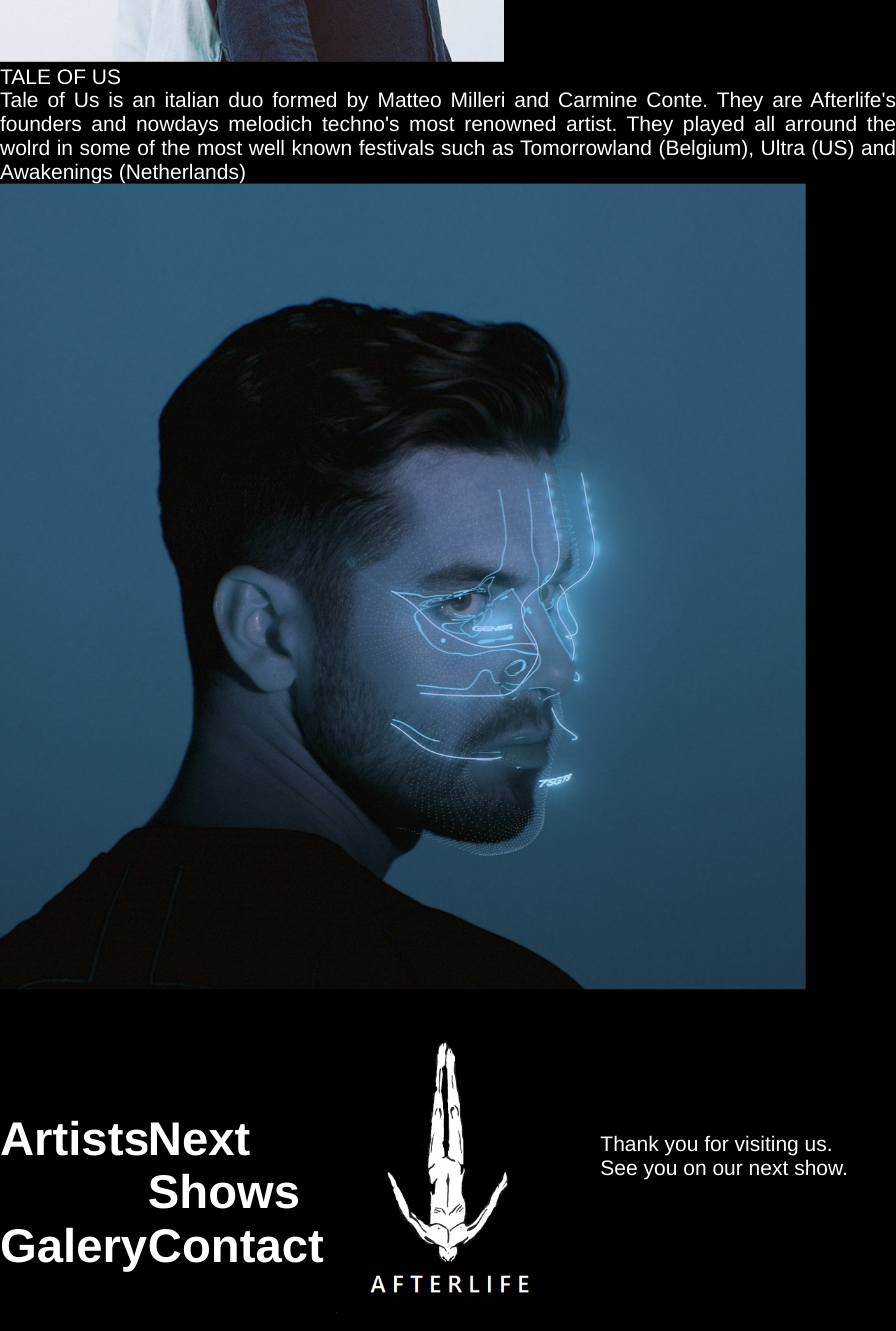
Repository: francoG98/Afterlife-Coderhouse-pre-entrega-2
Page: views/artists.html
The author's editor kept a copy of each file at every save. The page is drawn from the files as they stood at one save, then again after a run of saves.
The browser window is 1280 px wide. The pictures show the part of the page from y = 776 to 2696 px (the page is 2678 px tall before and 2696 px after), at 70% of full size.

Above is the page before, as saved 2023-04-29 16:18:24.

### views/artists.html
<!DOCTYPE html>
<html lang="en">
<head>
    <meta charset="UTF-8">
    <meta http-equiv="X-UA-Compatible" content="IE=edge">
    <meta name="viewport" content="width=device-width, initial-scale=1.0">
    <link rel="stylesheet" href="../css/style.css">
    <link rel="stylesheet" href="../css/artists-main.css">
    <title>ARTISTS</title>
</head>
<body>
    <header>
        <div>
            <a href="../index.html"> <img class="logo" src="../source/logo.png" href="logo"> </a>
        </div>

        <nav class="navbar-header">
            <ul>
                <li>
                    <a class="element-navbar-top" href="artists.html"> ARTISTS </a>
                </li>
                <li>
                    <a class="element-navbar-top" href="nextShows.html"> NEXT SHOWS </a>
                </li>
                <li>
                    <a class="element-navbar-top" href="galery.html"> GALERY </a>
                </li>
                <li>
                    <a class="element-navbar-top" href="contact.html"> CONTACT </a>
                </li>
            </ul>
        </nav>
    </header>
    <main>
        <div class="artist">
            <img src="../source/artist_photos/tale_of_us.png" href="tale_of_us">
            <p class="artist_name">TALE OF US</p>
            <p class="artist_info">Tale of Us is an italian duo formed by Matteo Milleri and Carmine Conte. They are Afterlife's founders and nowdays melodich techno's most renowned artist. They played all arround the wolrd in some of the most well known festivals such as Tomorrowland (Belgium), Ultra (US) and Awakenings (Netherlands)</p>
        </div>
        <div class="artist">
            <img src="../source/artist_photos/anyma.jpg" href="anyma">
            <div class="artist_name">ANYMA</div>
            <div class="artist_info">AYNMA is Matteo Milleri's (Tale of Us) solos alias. He started using it around May 2021 as an individual project in order to produce music apart from </div>
        </div>
    </main>
    <footer class="container-footer">
        <div class="navbar-footer">
            <ul>
                <li class="li-footer">
                    <h2><a href="artists.html"> Artists </a></h2>
                </li>
                <li class="li-footer">
                    <h2> <a href="nextShows.html"> Next Shows </a></h2>
                </li>
                <li class="li-footer">
                    <h2> <a href="galery.html"> Galery </a></h2>
                </li>
                <li class="li-footer">
                    <h2><a href="contact.html"> Contact </a></h2>
                </li>
            </ul>
        </div>

        <div class="logo-footer">
            <a href="../index.html"><img src="../source/afterlife_logo_footer.png" href="afterlife_logo_footer"></a>
        </div>
        <div class="p-footer">
            <p> Thank you for visiting us.</p>
            <p> See you on our next show. </p>
        </div>
    </footer>
</body>
</html>

### css/style.css
*{
    background-color: #000000;
    margin: 0px;
    padding: 0px;
    font-family: "proxima-nova","Helvetica Neue",Helvetica,Arial,sans-serif;

}

ul{
    display: flex;
    flex-wrap: wrap;
    justify-content: space-between;
    list-style-type: none;
    font-size: 45px;
    margin-top: 30px;
    vertical-align: center;
}


a{
    text-decoration: none;
    color: white;
    font: bold;

}
p{
    color: white;
    font-size: 30px;
    text-align: justify;
}
header{
    max-width: 100vw;
    margin-top: 10px;
    display: flex;
    flex-wrap: wrap;
    justify-content: space-between;
    position: relative;
}
footer{
    display: flex;
    flex-wrap: wrap;
    flex-direction: row;
    justify-content: space-between;
    margin-top: 20px;
}
.logo{
    margin-left: 2vh;
    position: absolute;
    margin-top: 4vh;
    width: 35%;
}
.navbar-header{
    margin-right: 2vw;
    width: 60vw;
    text-align: right;
    justify-content: space-between;

}
.element-navbar-top{
    font-size: 40px;
}
.navbar-footer{
    width: 33%;
    display: flex;
    flex-wrap: wrap;
    justify-content:center;
    align-items: center;
}
.afterlife_logo_footer{
    width: 33%;
    justify-content: left;
}
.p-footer{
    margin-top: 20vh;
    width: 33%;

}
.li-footer{

    width: 50%;
    justify-content: center;
    align-items: center
}

Loaded but not shown: css/artists-main.css (no stored copy; drawn as an empty file)

After the next 2 saves:
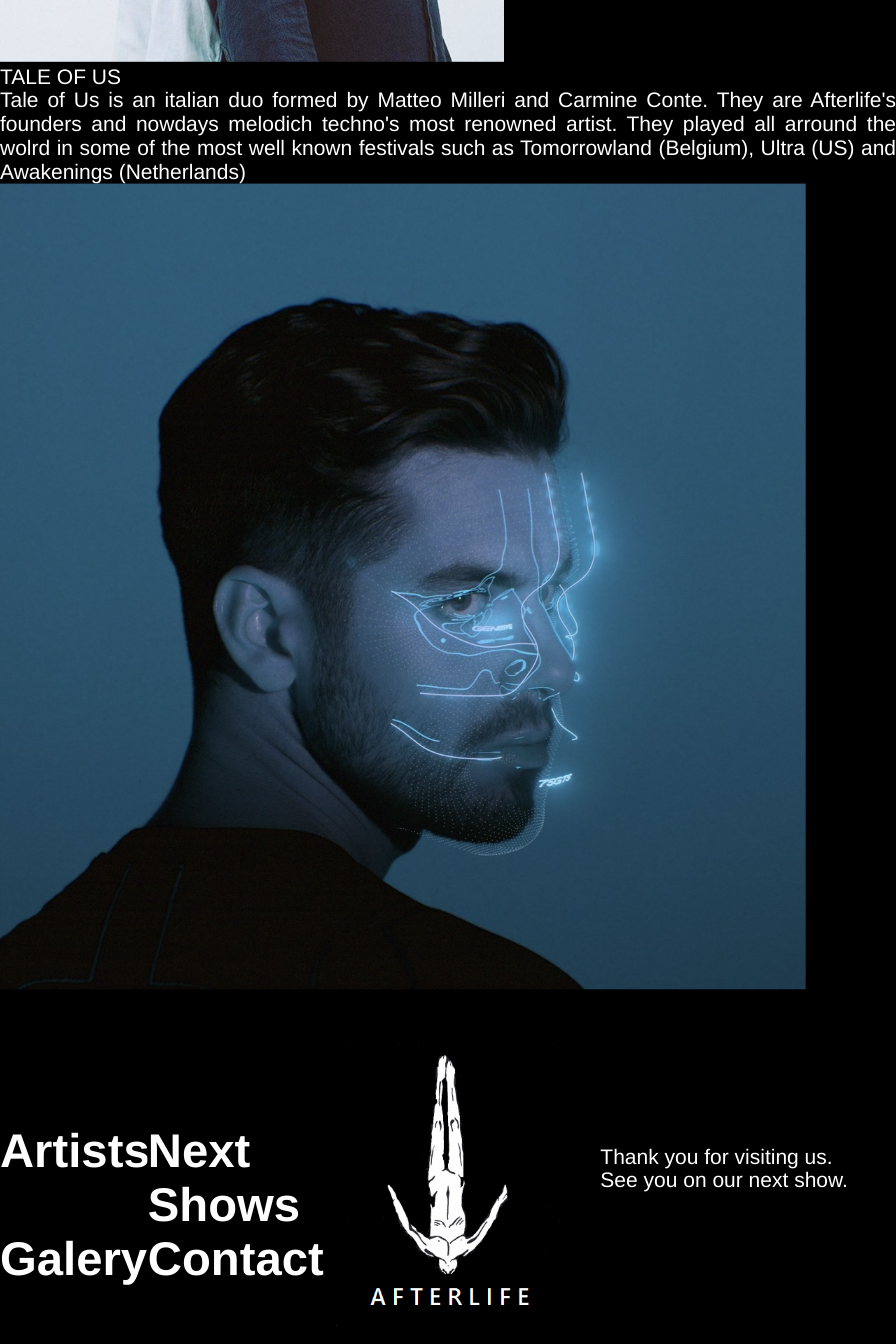
The 2 saves are shown as one change because they came seconds apart.
The last was saved 15 s later.
--- a/views/artists.html
+++ b/views/artists.html
@@ -40,7 +40,7 @@
         <div class="artist">
             <img src="../source/artist_photos/anyma.jpg" href="anyma">
             <div class="artist_name">ANYMA</div>
-            <div class="artist_info">AYNMA is Matteo Milleri's (Tale of Us) solos alias. He started using it around May 2021 as an individual project in order to produce music apart from </div>
+            <div class="artist_info">AYNMA is Matteo Milleri's (Tale of Us) solos alias. He started using it around May 2021 as an individual project in order to produce music apart from Carmine Conte and then use it in </div>
         </div>
     </main>
     <footer class="container-footer">

After the save that followed:
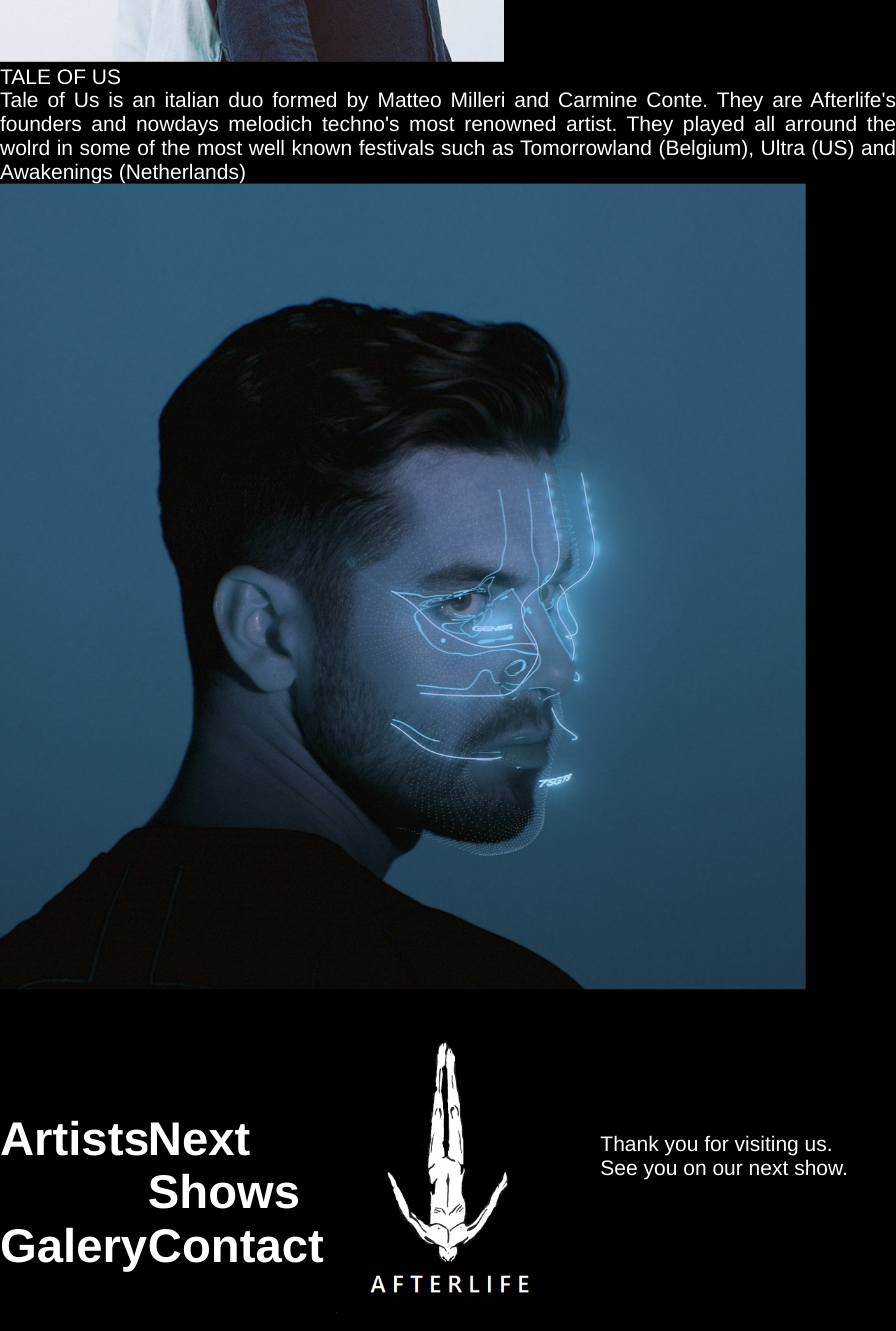
Saved 7 s later.
--- a/views/artists.html
+++ b/views/artists.html
@@ -40,7 +40,7 @@
         <div class="artist">
             <img src="../source/artist_photos/anyma.jpg" href="anyma">
             <div class="artist_name">ANYMA</div>
-            <div class="artist_info">AYNMA is Matteo Milleri's (Tale of Us) solos alias. He started using it around May 2021 as an individual project in order to produce music apart from Carmine Conte and then use it in </div>
+            <div class="artist_info">AYNMA is Matteo Milleri's (Tale of Us) solos alias. He started using it around May 2021 as an individual project in order to produce </div>
         </div>
     </main>
     <footer class="container-footer">
